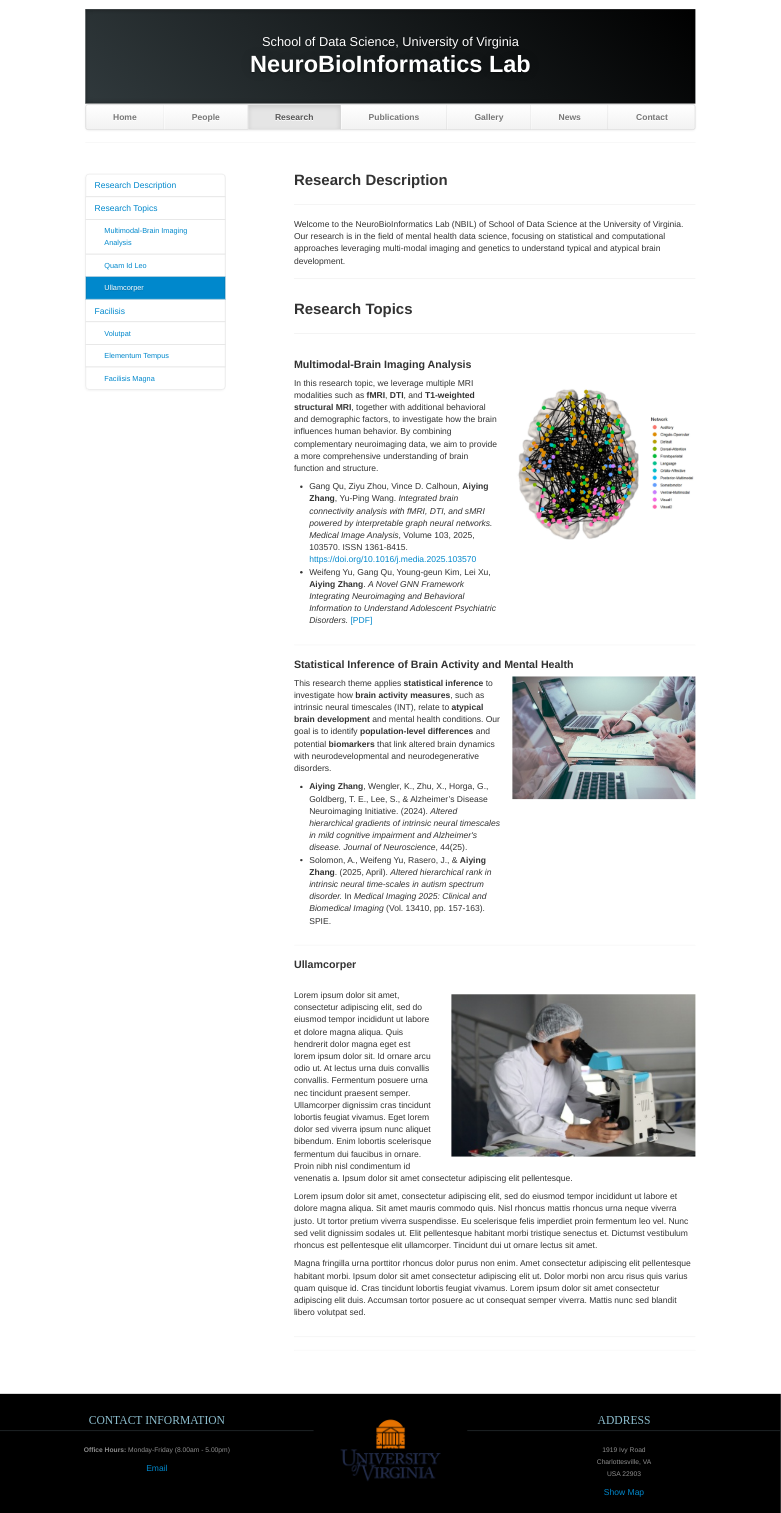
Repository: nbillab/nbillab.io
Page: research.html
These files come from the project's save history. The page is drawn as it stood at one moment and after the next save; the edit follows.
The browser window is 1280 px wide. The pictures show the whole page, at 61% of full size.

Above is the page before, as saved 2025-08-17 20:29:03.

### research.html
<!DOCTYPE html>
<html lang="en">
   <head>
      <meta charset="utf-8">
      <title>Research</title>
      <meta name="viewport" content="width=device-width, initial-scale=1.0">
      <meta name="description" content="Research Lab, Home, Velit Aliquet Sagittis University">
      <meta name="author" content="">
      <!-- Le styles -->
      <link href="css/bootstrap.min.css" rel="stylesheet">
      <link href="css/bootstrap-responsive.min.css" rel="stylesheet">
      <link href="css/theme.css" rel="stylesheet">
   </head>
   <body>
      <div class="container">
         <header class="jumbotron subhead" id="overview">
            <p class="lead"> School of Data Science, University of Virginia </p>
            <h1>NeuroBioInformatics Lab</h1>
         </header>
         <div class="masthead">
            <div class="navbar">
               <div class="navbar-inner">
                  <div class="container">
                     <ul class="nav">
                        <li><a href="index.html">Home</a></li>
                        <li><a href="people.html">People</a></li>
                        <li class="active"><a href="#">Research</a></li>
                        <li><a href="publications.html">Publications</a></li>
                        <li><a href="gallery.html">Gallery</a></li>
                        <li><a href="news.html">News</a></li>
                        <li><a href="contact.html">Contact</a></li>
                     </ul>
                  </div>
               </div>
            </div>
         </div>
         <hr>
         <div class="row-fluid">
            <div class="span3 bs-docs-sidebar" id="navparent">
               <ul class="nav nav-list bs-docs-sidenav" data-spy="affix" data-offset-top="200" data-offset-bottom="260">
                  <li><a href="#statemet"> Research Description </a></li>
                  <li><a href="#nano"> Research Topics </a></li>
                  <li><a class="subhead" href="#Penatibus"> Multimodal-Brain Imaging Analysis </a></li>
                  <li><a class="subhead" href="#QuamIdLeo"> Quam Id Leo  </a></li>
                  <li><a class="subhead" href="#Ullamcorper"> Ullamcorper </a></li>
                  <li><a href="#Facilisis">Facilisis</a></li>
                  <li><a class="subhead" href="#Volutpat"> Volutpat </a></li>
                  <li><a class="subhead" href="#ElementumTempus"> Elementum Tempus </a></li>
                  <li><a class="subhead" href="#FacilisisMagna"> Facilisis Magna </a></li>
               </ul>
            </div>
            <div class="span8 offset1">
               <section id="statemet">
                  <div class="page-header">
                     <h3>Research Description</h3>
                     <hr>
                     <p>Welcome to the NeuroBioInformatics Lab (NBIL) of School of Data Science at the University of Virginia.
                        Our research is in the field of mental health data science, focusing on statistical and computational approaches leveraging multi-modal imaging and genetics to understand typical and atypical brain development.
                     </p>
                  </div>
               </section>
               <section id="nano">
                  <div class="page-header">
                     <h3>Research Topics</h3>
                  </div>
                  <div class="row-fluid">
                     <div class="span12">
                     <section id="Penatibus">
                     <h4>Multimodal-Brain Imaging Analysis</h4>
                     <div style="display: flex; align-items: flex-start; gap: 20px;">
                        <div style="flex: 1;">
                           <p>
                           In this research topic, we leverage multiple MRI modalities such as
                           <strong>fMRI</strong>, <strong>DTI</strong>, and <strong>T1-weighted structural MRI</strong>,
                           together with additional behavioral and demographic factors, to investigate how the brain
                           influences human behavior. By combining complementary neuroimaging data, we aim to
                           provide a more comprehensive understanding of brain function and structure.
                           </p>
                           <ul>
                           <li>
                              Gang Qu, Ziyu Zhou, Vince D. Calhoun,
                              <strong>Aiying Zhang</strong>, Yu-Ping Wang.
                              <em>Integrated brain connectivity analysis with fMRI, DTI, and sMRI powered by interpretable graph neural networks.</em>
                              <i>Medical Image Analysis</i>, Volume 103, 2025, 103570.
                              ISSN 1361-8415.
                              <a href="https://doi.org/10.1016/j.media.2025.103570" target="_blank">https://doi.org/10.1016/j.media.2025.103570</a>
                           </li>
                           <li>
                              Weifeng Yu, Gang Qu, Young-geun Kim, Lei Xu, <strong>Aiying Zhang</strong>.
                              <em>A Novel GNN Framework Integrating Neuroimaging and Behavioral Information to Understand Adolescent Psychiatric Disorders.</em>
                              <a href="https://openreview.net/pdf?id=Yjv27GWb3n" target="_blank">[PDF]</a>
                           </li>
                           </ul>
                        </div>
                        <div style="flex: 0 0 300px;">
                           <img src="images/brain_conn.png" alt="Multimodal Brain Imaging" style="max-width:100%; height:auto;">
                        </div>
                     </div>
                     </section>
                        <hr>
                     <section id="QuamIdLeo">
                        <h4>Statistical Inference of Brain Activity and Mental Health</h4>
                        <div style="display: flex; align-items: flex-start; gap: 20px;">
                           <div style="flex: 1;">
                              <p>
                                 This research theme applies <strong>statistical inference</strong> to investigate how
                                 <strong>brain activity measures</strong>, such as intrinsic neural timescales (INT),
                                 relate to <strong>atypical brain development</strong> and mental health conditions.
                                 Our goal is to identify <strong>population-level differences</strong> and potential
                                 <strong>biomarkers</strong> that link altered brain dynamics with neurodevelopmental
                                 and neurodegenerative disorders.
                              </p>
                              <ul>
                                 <li>
                                    <strong>Aiying Zhang</strong>, Wengler, K., Zhu, X., Horga, G., Goldberg, T. E., Lee, S.,
                                    & Alzheimer’s Disease Neuroimaging Initiative. (2024).
                                    <em>Altered hierarchical gradients of intrinsic neural timescales in mild cognitive impairment and Alzheimer's disease.</em>
                                    <i>Journal of Neuroscience</i>, 44(25).
                                 </li>
                                 <li>
                                    Solomon, A., Weifeng Yu, Rasero, J., & <strong>Aiying Zhang</strong>. (2025, April).
                                    <em>Altered hierarchical rank in intrinsic neural time-scales in autism spectrum disorder.</em>
                                    In <i>Medical Imaging 2025: Clinical and Biomedical Imaging</i> (Vol. 13410, pp. 157-163). SPIE.
                                 </li>
                              </ul>
                           </div>
                           <div style="flex: 0 0 300px;">
                              <img src="images/brainstorming-paper.jpg" alt="Brain Activity and Mental Health" style="max-width:100%; height:auto;">
                           </div>
                        </div>
                     </section>


                        <hr>
                        <section id="Ullamcorper">
                           <h4>Ullamcorper</h4>
                           <br/>
                           <img src="images/man-with-microscope.jpg" class="float-right" alt="Ullamcorper"/>
                           <p>
                              Lorem ipsum dolor sit amet, consectetur adipiscing elit, sed do
                              eiusmod tempor incididunt ut labore et dolore magna aliqua. Quis
                              hendrerit dolor magna eget est lorem ipsum dolor sit. Id ornare
                              arcu odio ut. At lectus urna duis convallis convallis. Fermentum
                              posuere urna nec tincidunt praesent semper. Ullamcorper dignissim
                              cras tincidunt lobortis feugiat vivamus. Eget lorem dolor sed
                              viverra ipsum nunc aliquet bibendum. Enim lobortis scelerisque
                              fermentum dui faucibus in ornare. Proin nibh nisl condimentum id
                              venenatis a. Ipsum dolor sit amet consectetur adipiscing elit
                              pellentesque.
                           </p>
                           <p>
                              Lorem ipsum dolor sit amet, consectetur adipiscing elit, sed
                              do eiusmod tempor incididunt ut labore et dolore magna aliqua.
                              Sit amet mauris commodo quis. Nisl rhoncus mattis rhoncus urna
                              neque viverra justo. Ut tortor pretium viverra suspendisse. Eu
                              scelerisque felis imperdiet proin fermentum leo vel. Nunc sed
                              velit dignissim sodales ut. Elit pellentesque habitant morbi
                              tristique senectus et. Dictumst vestibulum rhoncus est
                              pellentesque elit ullamcorper. Tincidunt dui ut ornare lectus
                              sit amet.
                           </p>
                           <p>
                              Magna fringilla urna porttitor rhoncus dolor purus non enim.
                              Amet consectetur adipiscing elit pellentesque habitant morbi.
                              Ipsum dolor sit amet consectetur adipiscing elit ut. Dolor morbi
                              non arcu risus quis varius quam quisque id. Cras tincidunt lobortis
                              feugiat vivamus. Lorem ipsum dolor sit amet consectetur adipiscing
                              elit duis. Accumsan tortor posuere ac ut consequat semper viverra.
                              Mattis nunc sed blandit libero volutpat sed.
                           </p>
                        </section>
                     </div>
                  </div>
               </section>
               <hr>

               <hr>
            </div>
         </div>
      </div>
      <footer id="footer">
         <div class="row-fluid">
            <div class="span5">
               <h3>Contact Information</h3>
               <p><b>Office Hours: </b>Monday-Friday (8.00am - 5.00pm)</p>
               <a href="mailto:xsa5db@virginia.edu">Email</a>
            </div>
            <div class="span2 text-center">
               <a href="https://datascience.virginia.edu/">
                  <img src="images/UVA.png" alt="research-lab-logo"/>
               </a>
            </div>
            <div class="span5">
               <h3>Address</h3>
               <p>1919 Ivy Road<br>
                  Charlottesville, VA<br>
                  USA 22903
               </p>
               <a href="http://maps.google.com/">Show Map</a>
            </div>
         </div>
      </footer>


      <!-- Le javascript
         ================================================== -->
      <!-- Placed at the end of the document so the pages load faster -->
      <script src="js/jquery-1.9.1.min.js"></script>
      <script src="js/bootstrap.min.js"></script>
      <script>
         $(document).ready(function() {
             $(document.body).scrollspy({
                 target: "#navparent"
             });
         });

      </script>
   </body>
</html>

### css/theme.css
body {
	padding-top: 15px;
	padding-bottom: 0px;
}


/* Custom container */

.container {
	margin: 0 auto;
	max-width: 1000px;
}

.container>hr {
	margin: 20px 0
}


/* Customize the navbar links to be fill the entire space of the .navbar */

.navbar .navbar-inner {
	padding: 0
}

.navbar .nav {
	margin: 0;
	display: table;
	width: 100%;
}

.navbar .nav li {
	display: table-cell;
	width: 1%;
	float: none;
}

.navbar .nav li a {
	font-weight: bold;
	text-align: center;
	border-left: 1px solid rgba(255, 255, 255, .75);
	border-right: 1px solid rgba(0, 0, 0, .1);
}

.navbar .nav li:first-child a {
	border-left: 0;
	border-radius: 3px 0 0 3px;
}

.navbar .nav li:last-child a {
	border-right: 0;
	border-radius: 0 3px 3px 0;
}

body>.navbar {
	font-size: 13px
}


/* Change the docs' brand */

body>.navbar .brand {
	padding-right: 0;
	padding-left: 0;
	margin-left: 20px;
	float: right;
	font-weight: bold;
	color: #000;
	text-shadow: 0 1px 0 rgba(255, 255, 255, .1), 0 0 30px rgba(255, 255, 255, .125);
	-webkit-transition: all .2s linear;
	-moz-transition: all .2s linear;
	transition: all .2s linear;
}

body>.navbar .brand:hover {
	text-decoration: none;
	text-shadow: 0 1px 0 rgba(255, 255, 255, .1), 0 0 30px rgba(255, 255, 255, .4);
}


/* Sidenav for Docs
         -------------------------------------------------- */

@media screen and (max-width: 768px) {
	.bs-docs-sidenav {
		display: none !important;
	}
}

.bs-docs-sidenav {
	width: 228px;
	margin: 30px 0 0;
	padding: 0;
	background-color: #fff;
	-webkit-border-radius: 6px;
	-moz-border-radius: 6px;
	border-radius: 6px;
	-webkit-box-shadow: 0 1px 4px rgba(0, 0, 0, .065);
	-moz-box-shadow: 0 1px 4px rgba(0, 0, 0, .065);
	box-shadow: 0 1px 4px rgba(0, 0, 0, .065);
}

.bs-docs-sidenav>li>a {
	display: block;
	width: 200px;
	margin: 0 0 -1px;
	padding: 8px 14px;
	border: 1px solid #e5e5e5;
}

.bs-docs-sidenav>li>a.subhead {
	display: block;
	width: 168px;
	margin: 0 0 -1px;
	padding: 8px 30px;
	border: 1px solid #e5e5e5;
	font-size: 12px;
}

.bs-docs-sidenav>li:first-child>a {
	-webkit-border-radius: 6px 6px 0 0;
	-moz-border-radius: 6px 6px 0 0;
	border-radius: 6px 6px 0 0;
}

.bs-docs-sidenav>li:last-child>a {
	-webkit-border-radius: 0 0 6px 6px;
	-moz-border-radius: 0 0 6px 6px;
	border-radius: 0 0 6px 6px;
}

.bs-docs-sidenav>.active>a {
	position: relative;
	z-index: 2;
	padding: 9px 15px;
	border: 0;
	text-shadow: 0 1px 0 rgba(0, 0, 0, .15);
	-webkit-box-shadow: inset 1px 0 0 rgba(0, 0, 0, .1), inset -1px 0 0 rgba(0, 0, 0, .1);
	-moz-box-shadow: inset 1px 0 0 rgba(0, 0, 0, .1), inset -1px 0 0 rgba(0, 0, 0, .1);
	box-shadow: inset 1px 0 0 rgba(0, 0, 0, .1), inset -1px 0 0 rgba(0, 0, 0, .1);
}

.bs-docs-sidenav>li>a:hover {
	background-color: #f5f5f5
}

.bs-docs-sidenav a:hover .icon-chevron-right {
	opacity: .5
}

.bs-docs-sidenav.affix {
	top: 10px
}

.bs-docs-sidenav.affix-bottom {
	position: absolute;
	top: auto;
	bottom: 270px;
}


/* Responsive
         -------------------------------------------------- */

.affix {
	top: 0px
}

#media {
	margin-top: 70px
}

#media .header {
	margin-left: 0;
	margin-bottom: 56px;
	margin-top: 30px;
}

#media .post_row {
	margin-left: 0;
	margin-bottom: 40px;
}

#media .lastpost_row {
	margin-bottom: 0
}

#media .post_row .post {
	background: #fff;
	/*margin-left: 0;;
    margin-right: 20px;*/
	border-radius: 4px;
	box-shadow: 1px 1px 2px 0px #E0E0E0;
	width: 487px;
	height: 616px;
}

#media .post_row .last {
	margin-right: 0
}

#media .post_row .post .img {
	position: relative;
	text-align: center;
}

#media .post_row .post .img .date {
	background: #E8554E;
	position: absolute;
	padding: 2px 5px;
	top: 0;
	left: 11px;
}

#media .post_row .post .img .date p {
	color: #fff;
	font-size: 14px;
	font-weight: bold;
	font-style: italic;
	margin: 0;
}

#media .post_row .post .img img {
	height: 275px;
	width: 410px;
}

#media .post_row .post .text {
	margin: 18px auto 0;
	width: 83%;
}

#media .post_row .post .text h5 {
	margin: 0 0 8px 0;
	font-size: 20px;
	line-height: 23px;
}

#media .post_row .post .text h5 a {
	color: #333
}

#media .post_row .post .text span.date {
	color: #9F9F9F;
	display: block;
	margin-bottom: 12px;
	font-style: italic;
	font-size: 13px;
}

#media .post_row .post .text p {
	margin: 0;
	line-height: 21px;
	font-size: 14px;
}

#media .post_row .post .author_box {
	margin: 12px auto 20px;
	border-top: 1px solid #EDEDED;
	overflow: hidden;
	text-align: left;
	width: 85%;
	padding-top: 12px;
}

#media .post_row .post .author_box h6 {
	margin: 0 0 3px 0;
	font-size: 13px;
	line-height: 15px;
	font-style: italic;
	font-weight: normal;
	color: #B2B2B2;
}

#media .post_row .post .author_box p {
	color: #B2B2B2;
	font-style: italic;
	font-size: 13px;
	line-height: 14px;
	margin: 0;
}

#media .post_row .post .author_box img {
	float: right
}

#media .post_row .post a.plus_wrapper {
	width: 99%;
	text-align: center;
	background: #fff;
	display: none;
	border-radius: 0px 0px 4px 4px;
	padding: 6px 0px 2px;
	margin: 0 auto 1px;
}

#media .post_row .post a.plus_wrapper span {
	color: #1189D9;
	font-size: 30px;
	font-weight: bold;
}

#media .post_row .post:hover a.plus_wrapper {
	display: block
}

#media .post_row .post:hover {
	box-shadow: 0px 1px 5px 1px rgb(216, 216, 216)
}

#media .post_row .post:hover .text h5 a {
	color: #1189D9
}

.map .box_wrapp {
	position: absolute;
	margin: 15px auto;
	box-shadow: 0 0 7px 0 rgba(26, 26, 26, 0.4);
	padding: 30px 0 30px;
	background: white;
	border-radius: 4px;
	margin-top: 25px;
}

.map .box_wrapp .box_cont {
	margin: 30px auto;
	width: 76%;
}

.section-header {
	text-align: center;
	margin-bottom: 35px;
}

.section-header h1,
.title-text {
	font-weight: bold;
	font-size: 30px;
	margin: 12.5px 0;
	font-weight: 100;
	margin-bottom: 25px;
	line-height: 55px;
}

.feature-item:hover {
	box-shadow: 0px 1px 5px 1px rgb(216, 216, 216)
}

.feature-item img {
	margin-left: 15px;
	margin-right: 15px;
	max-width: 90%;
	height: 200px;
}

.feature-item h5 {
	margin-left: 15px;
	margin-right: 15px;
	margin-top: 20px;
	margin-bottom: 20px;
}

.feature-item p {
	margin-left: 15px;
	margin-right: 15px;
}

.feature-heading {
	margin-top: 20px;
	margin-bottom: 20px;
	margin-left: 15px;
	margin-right: 15px;
}

.feature-heading a:hover {
	text-decoration: none;
}

.feature-button {
	font-size: 16px;
	background-image: none;
	box-shadow: none;
	margin-bottom: 10px;
}

.centered {
	text-align: center;
}

.subhead {
	text-align: left;
	border-bottom: 1px solid #ddd;
}

.jumbotron {
	position: relative;
	padding: 45px 0px 35px 0px;
	color: #fff;
	text-align: center;
	text-shadow: 0 1px 3px rgba(0, 0, 0, .4), 0 0 30px rgba(0, 0, 0, .075);
	background: #30393C;
	background: -moz-linear-gradient(45deg, #30393C 0%, #000000 100%);
	background: -webkit-gradient(linear, left bottom, right top, color-stop(0%, #30393C), color-stop(100%, #30393C));
	background: -webkit-linear-gradient(45deg, #30393C 0%, #000000 100%);
	background: -o-linear-gradient(45deg, #30393C 0%, #000000 100%);
	background: -ms-linear-gradient(45deg, #30393C 0%, #000000 100%);
	background: linear-gradient(45deg, #30393C 0%, #000000 100%) repeat;
	-webkit-box-shadow: inset 0 3px 7px rgba(0, 0, 0, .2), inset 0 -3px 7px rgba(0, 0, 0, .2);
	-moz-box-shadow: inset 0 3px 7px rgba(0, 0, 0, .2), inset 0 -3px 7px rgba(0, 0, 0, .2);
	box-shadow: inset 0 3px 7px rgba(0, 0, 0, .2), inset 0 -3px 7px rgba(0, 0, 0, .2);
}

.jumbotron:after {
	content: '';
	display: block;
	position: absolute;
	top: 0;
	right: 0;
	bottom: 0;
	left: 0;
	opacity: .4;
}

.lead {
	margin-bottom: 0px;
	font-size: 21px;
	font-weight: 200;
	line-height: 15px;
}

img.float-left {
	float: left;
	margin-top: 9px;
	margin-left: 0px;
	margin-right: 30px;
	margin-bottom: 12px;
}

img.float-right {
	float: right;
	margin-top: 9px;
	margin-right: 0px;
	margin-bottom: 12px;
	margin-left: 30px;
}

img.publications-thumb {
	width: 142px;
	height: 188px;
}

.caption {
	margin: 10px;
}

.responsive-video {
	position: relative;
	padding-bottom: 56.25%;
	padding-top: 60px;
	overflow: hidden;
}

.responsive-video iframe,
.responsive-video object,
.responsive-video embed {
	position: absolute;
	top: 0;
	left: 0;
	width: 93.5%;
	height: 93.5%;
}

.video-caption {
	margin: 10px;
}

.accordion {
	margin-bottom: 20px;
	margin-right: 40px;
}

.thumbnail>img.sponsor {
	width: 212px;
	height: 150px;
}

img.carousel-image {
	width: 100%;
}

li.publication {
	margin-bottom: 20px;
}

.page-header h3 a:hover {
	text-decoration: none;
}

iframe.map-frame {
	border: none;
	overflow: hidden;
	margin-top: 10px;
	margin-bottom: 10px;
	margin-left: 0px;
	margin-right: 0px;
	height: 550px;
	width: 100%;
}

ul.sponsors {
	margin-top: 40px;
	margin-bottom: 40px;
}

#footer {
	z-index: 10;
	margin-top: 50px;
	margin-bottom: 0px;
	padding-bottom: 25px;
	border-top-width: 8px;
	border-top-style: solid;
	border-top-color: #2F2F2F;
	background-color: #000000;
	border: 0;
	font-size: 100%;
	font: inherit;
	vertical-align: baseline;
	text-align: center;
}

#footer h3 {
	font-size: 19px;
	text-transform: uppercase;
	font-family: BebasNeueRegular;
	color: #8DBECE;
	border-bottom-width: 1px;
	border-bottom-style: solid;
	border-bottom-color: #30393C;
	line-height: 35px;
	margin-bottom: 20px;
	margin-top: 25px;
	font-weight: normal;
}

#footer a img {
	margin-top: 40px;
}

#footer p,
#footer address {
	color: #8F8F8F;
	font-size: 11px;
}

Loaded but not shown: css/bootstrap.min.css (library); css/bootstrap-responsive.min.css (library); js/jquery-1.9.1.min.js (library); js/bootstrap.min.js (library)

After the next save:
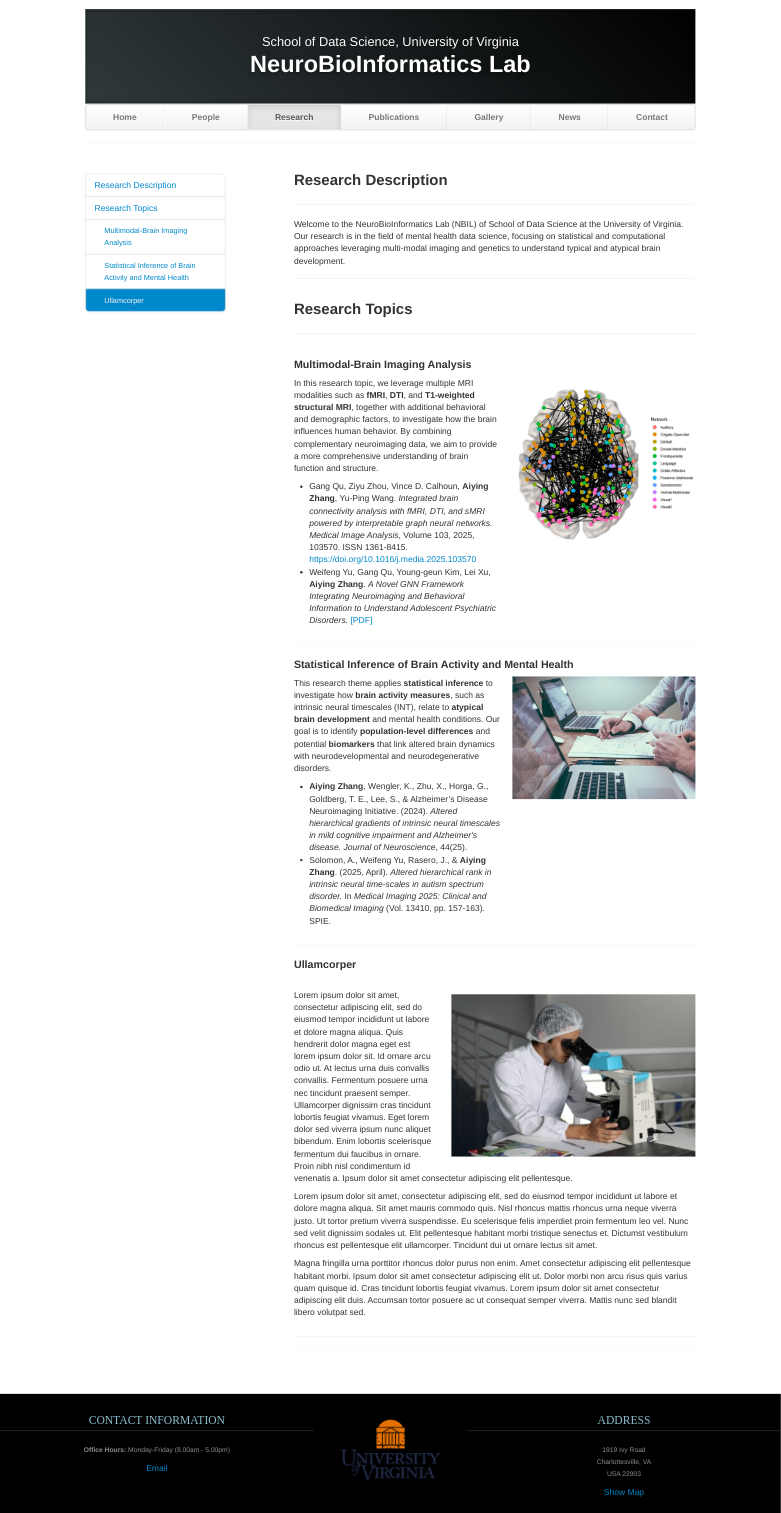
Saved 83 s later.
--- a/research.html
+++ b/research.html
@@ -41,12 +41,9 @@
                   <li><a href="#statemet"> Research Description </a></li>
                   <li><a href="#nano"> Research Topics </a></li>
                   <li><a class="subhead" href="#Penatibus"> Multimodal-Brain Imaging Analysis </a></li>
-                  <li><a class="subhead" href="#QuamIdLeo"> Quam Id Leo  </a></li>
+                  <li><a class="subhead" href="#QuamIdLeo"> Statistical Inference of Brain Activity and Mental Health  </a></li>
                   <li><a class="subhead" href="#Ullamcorper"> Ullamcorper </a></li>
-                  <li><a href="#Facilisis">Facilisis</a></li>
-                  <li><a class="subhead" href="#Volutpat"> Volutpat </a></li>
-                  <li><a class="subhead" href="#ElementumTempus"> Elementum Tempus </a></li>
-                  <li><a class="subhead" href="#FacilisisMagna"> Facilisis Magna </a></li>
+
                </ul>
             </div>
             <div class="span8 offset1">
